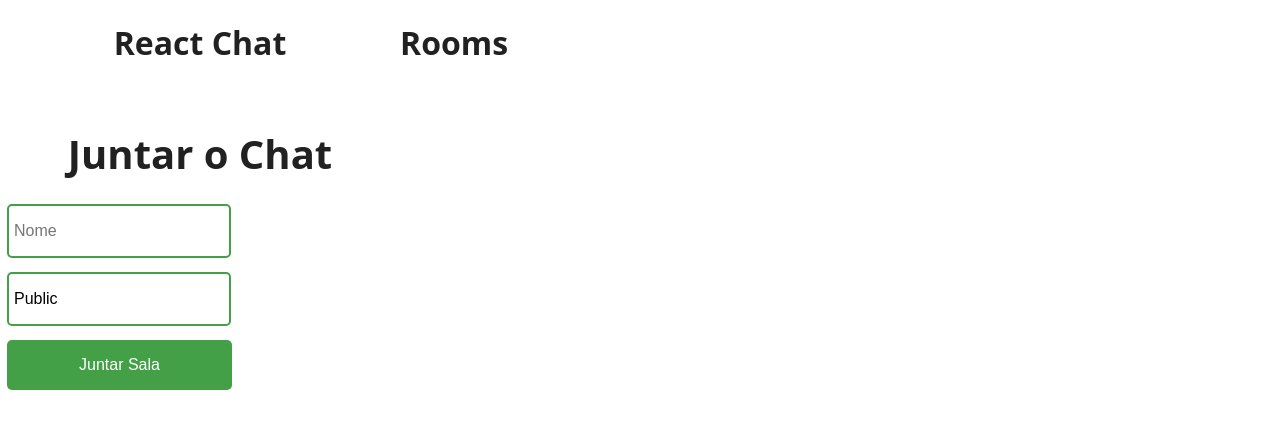
Repository: hierotsu/chat-rooms-react-
Page: / (app in client/)
The author's editor kept a copy of each file at every save. The page is drawn from the files as they stood at one save, then again after the next save.
The browser window is 1280 px wide. The pictures show the whole page.
The page's requests for data from a server got no answer. The project was rebuilt for these pictures with package versions that can differ from the ones it lists, and the page was loaded fresh each time. No one was signed in, and anything a server would have sent is missing. Also part of the build but not shown: client/src/components/User.js, client/src/components/Chat.js.

Above is the page before, as saved 2022-02-02 15:21:17.

### client/public/index.html
<!DOCTYPE html>
<html lang="en">
	<head>
		<meta charset="utf-8" />
		<link rel="icon" href="%PUBLIC_URL%/favicon.ico" />
		<meta name="viewport" content="width=device-width, initial-scale=1" />
		<meta name="theme-color" content="#000000" />
		<meta
			name="description"
			content="Web site created using create-react-app"
		/>
		<link rel="apple-touch-icon" href="%PUBLIC_URL%/logo192.png" />
		<!--
      manifest.json provides metadata used when your web app is installed on a
      user's mobile device or desktop. See https://developers.google.com/web/fundamentals/web-app-manifest/
    -->
		<link rel="manifest" href="%PUBLIC_URL%/manifest.json" />
		<!--
      Notice the use of %PUBLIC_URL% in the tags above.
      It will be replaced with the URL of the `public` folder during the build.
      Only files inside the `public` folder can be referenced from the HTML.

      Unlike "/favicon.ico" or "favicon.ico", "%PUBLIC_URL%/favicon.ico" will
      work correctly both with client-side routing and a non-root public URL.
      Learn how to configure a non-root public URL by running `npm run build`.
    -->
		<link
			rel="stylesheet"
			href="https://cdnjs.cloudflare.com/ajax/libs/font-awesome/5.15.4/css/all.min.css"
		/>
		<title>React App</title>
	</head>
	<body>
		<noscript>You need to enable JavaScript to run this app.</noscript>
		<div id="root"></div>
		<!--
      This HTML file is a template.
      If you open it directly in the browser, you will see an empty page.

      You can add webfonts, meta tags, or analytics to this file.
      The build step will place the bundled scripts into the <body> tag.

      To begin the development, run `npm start` or `yarn start`.
      To create a production bundle, use `npm run build` or `yarn build`.
    --></body>
</html>

### client/src/App.js
import { useState, useEffect } from 'react'
import io from 'socket.io-client'

import Chat from './components/Chat';
import Rooms from './components/Rooms'

import './App.css';

export const SERVER_URL = "http://localhost:3001"

const connect = () => {
  return io.connect(SERVER_URL,
    { query: { id: Math.floor(Math.random() * 1000) } })
}

const socket = connect()

function App() {
  const [username, setUsername] = useState('')
  const [room, setRoom] = useState('Public')
  const [joinButtonDisabled, setJoinButtonDisabled] = useState(true)
  const [showChat, setShowChat] = useState(false)

  useEffect(() => {
    setJoinButtonDisabled(username === '' || room === '')
  }, [username, room])

  const joinRoom = () => {
    console.log('SOCKET', socket)
    if (username !== '' && room !== '') {
      if (!socket.connected)
        socket.open()

      socket.emit('join_room', room, username)
      setShowChat(true)
    }
  }

  function logoutHandle() {
    setShowChat(false)
  }

  return (
    <div className="App">
      {!showChat ?
        <>
          <div className="joinChatContainer">
            <h1>React Chat</h1>
            <h3>Juntar o Chat</h3>
            <input type="text" placeholder='Nome' onKeyPress={e => { e.key === 'Enter' && e.target.value !== '' && joinRoom() }} onChange={e => setUsername(e.target.value)} />
            <input type="text" placeholder='Sala' onKeyPress={e => { e.key === 'Enter' && e.target.value !== '' && joinRoom() }} onChange={e => setRoom(e.target.value)} defaultValue="Public" />
            <button onClick={joinRoom} disabled={joinButtonDisabled}>Juntar Sala</button>
          </div>
          <Rooms socket={socket} joinRoom={joinRoom} />
        </>
        :
        <Chat socket={socket} username={username} room={room} onClose={logoutHandle} />
      }
    </div>
  );
}

export default App;

### client/src/components/Rooms.js
import { useState, useEffect } from 'react';
import io from 'socket.io-client'


export default function Rooms({ socket, joinRoom }) {
    const [rooms, setRooms] = useState([])

    useEffect(() => {
        socket.emit('get-rooms', setRooms)
    }, [socket])


    const listRooms = () => {
        return rooms.map((room, ind) => {
            return <div key={'chat-room-' + ind} >Sala {room.name} com {room.membersTotal} utilizadores</div>
        })
    }

    return <div>
        <h1>Rooms</h1>
        <div>
            {listRooms()}
        </div>
    </div>;
}

### client/src/App.css
.App {
	width: 100vw;
	height: 100vh;
	background: #fff;
	color: #212121;
	font-family: "Open Sans", sans-serif;
	display: flex;
}
body {
	margin: 0%;
	padding: 0%;
}
@import url("https://fonts.googleapis.com/css?family=Open+Sans:300,400,700");

button:hover {
	cursor: pointer;
}

.joinChatContainer {
	display: flex;
	flex-direction: column;
	text-align: center;
	min-width: 400px;
}

.joinChatContainer h3 {
	font-size: 2.5rem;
	margin-bottom: 1rem;
}
.joinChatContainer input {
	width: 210px;
	height: 40px;
	margin: 7px;
	border: 2px solid #43a047;
	border-radius: 5px;
	padding: 5px;
	font-size: 16px;
}

.joinChatContainer button {
	width: 225px;
	height: 50px;
	margin: 7px;
	border: none;
	border-radius: 5px;
	padding: 5px;
	font-size: 16px;
	background: #43a047;
	color: #fff;
	cursor: pointer;
}

.joinChatContainer button:hover {
	background: #2e7d32;
}
.chat-container {
	display: flex;
	flex: 1;
	min-height: 0px;
}
.chat-window {
	width: 90vw;
	height: 90vh;
	max-width: 600px;
	max-height: 600px;
	display: flex;
	flex-direction: column;
}
.chat-window.isReduced {
	height: 45px;
	overflow: hidden;
}
.chat-window p {
	margin: 0;
}

.chat-users {
	width: fit-content;
	max-width: 200px;
	border: 1px solid black;
	padding: 0px 10px;
}
.chat-users > div {
	font-weight: bold;
}
.chat-window .chat-header {
	height: 45px;
	border-top-left-radius: 6px;
	border-top-right-radius: 6px;
	background: #263238;
	position: relative;
	cursor: pointer;
}
.chat-window .chat-header p {
	display: block;
	padding: 0 1em 0 2em;
	color: #fff;
	font-weight: 700;
	line-height: 45px;
}

.chat-window .chat-body {
	/* height: calc(450px - (45px + 70px)); */
	border: 1px solid #263238;
	background: #fff;
	position: relative;
	flex: 1;
}
.chat-window .chat-body .message-container {
	width: 100%;
	height: 100%;
	overflow-y: auto;
	overflow-x: hidden;
}

.chat-window .chat-body .message-container::-webkit-scrollbar {
	display: none;
}
.chat-window .chat-body .message {
	height: auto;
	padding: 10px;
	display: flex;
}

.chat-window .chat-body .message .message-content {
	width: auto;
	height: auto;
	min-height: 40px;
	max-width: 120px;
	background-color: #43a047;
	border-radius: 5px;
	color: white;
	display: flex;
	align-items: center;
	margin-right: 5px;
	margin-left: 5px;
	padding-right: 5px;
	padding-left: 5px;
	overflow-wrap: break-word;
	word-break: break-word;
}

#you {
	justify-content: flex-start;
}

#you .message-content {
	justify-content: flex-start;
}

#you .message-meta {
	justify-content: flex-start;
	margin-left: 5px;
}

#other.new-chatter .message-content {
	background-color: aliceblue;
	color: black;
}
#other.new-chatter .message-content,
#other.new-chatter #time {
	font-style: italic;
	font-size: smaller;
}

#other {
	justify-content: flex-end;
}

#other .message-content {
	justify-content: flex-end;
	background-color: cornflowerblue;
}

#other .message-meta {
	justify-content: flex-end;
	margin-right: 5px;
}

.message-meta #author {
	margin-left: 10px;
	font-weight: bold;
}

.chat-window .chat-body .message .message-meta {
	display: flex;
	font-size: 12px;
}

.chat-window .chat-footer {
	height: 40px;
	border: 1px solid #263238;
	border-top: none;
	display: flex;
}

.chat-window .chat-footer input {
	height: 100%;
	flex: 85%;
	border: 0;
	padding: 0 0.7em;
	font-size: 1em;
	border-right: 1px dotted #607d8b;

	outline: none;
	font-family: "Open Sans", sans-serif;
}

.chat-window .chat-footer button {
	border: 0;
	display: grid;
	place-items: center;
	cursor: pointer;
	flex: 15%;
	height: 100%;
	background: transparent;
	outline: none;
	font-size: 25px;
	color: lightgray;
}

.chat-window .chat-footer button:hover {
	color: #43a047;
}
.hide {
	opacity: 0 !important;
}

.action-bar {
	position: absolute;
	top: 5px;
	right: 2px;
}
.action-bar button {
	background: #263238;
	font-size: 1rem;
	color: white;
	border: 1px solid white;
	border-radius: 5px;
	padding: 4px 10px 6px 10px;
	margin: 0 3px;
}

Loaded but not shown: client/src/index.js (common file); client/src/index.css (common file)

After the next save:
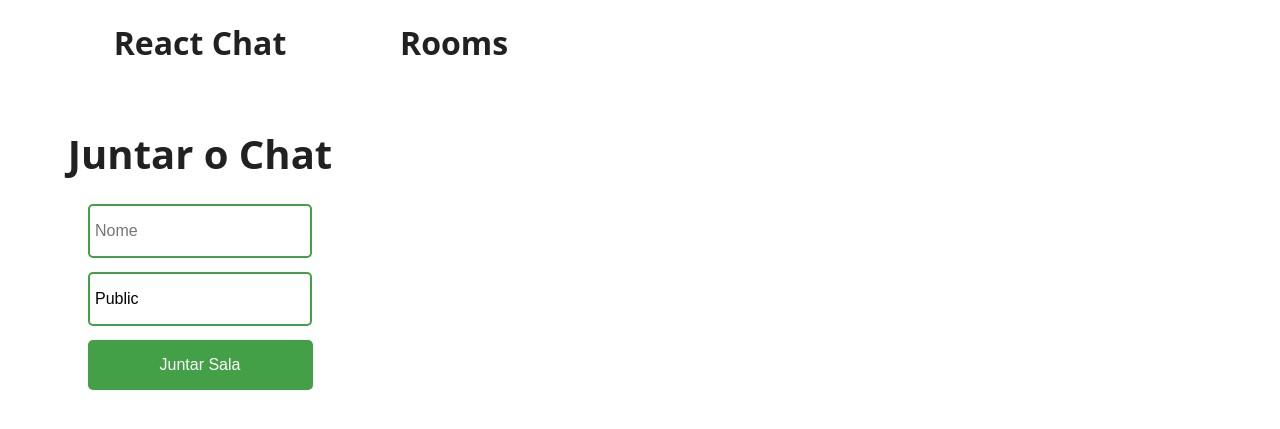
Saved 36 s later.
--- a/client/src/App.css
+++ b/client/src/App.css
@@ -30,7 +30,7 @@ button:hover {
 .joinChatContainer input {
 	width: 210px;
 	height: 40px;
-	margin: 7px;
+	margin: 7px auto;
 	border: 2px solid #43a047;
 	border-radius: 5px;
 	padding: 5px;
@@ -40,7 +40,7 @@ button:hover {
 .joinChatContainer button {
 	width: 225px;
 	height: 50px;
-	margin: 7px;
+	margin: 7px auto;
 	border: none;
 	border-radius: 5px;
 	padding: 5px;
